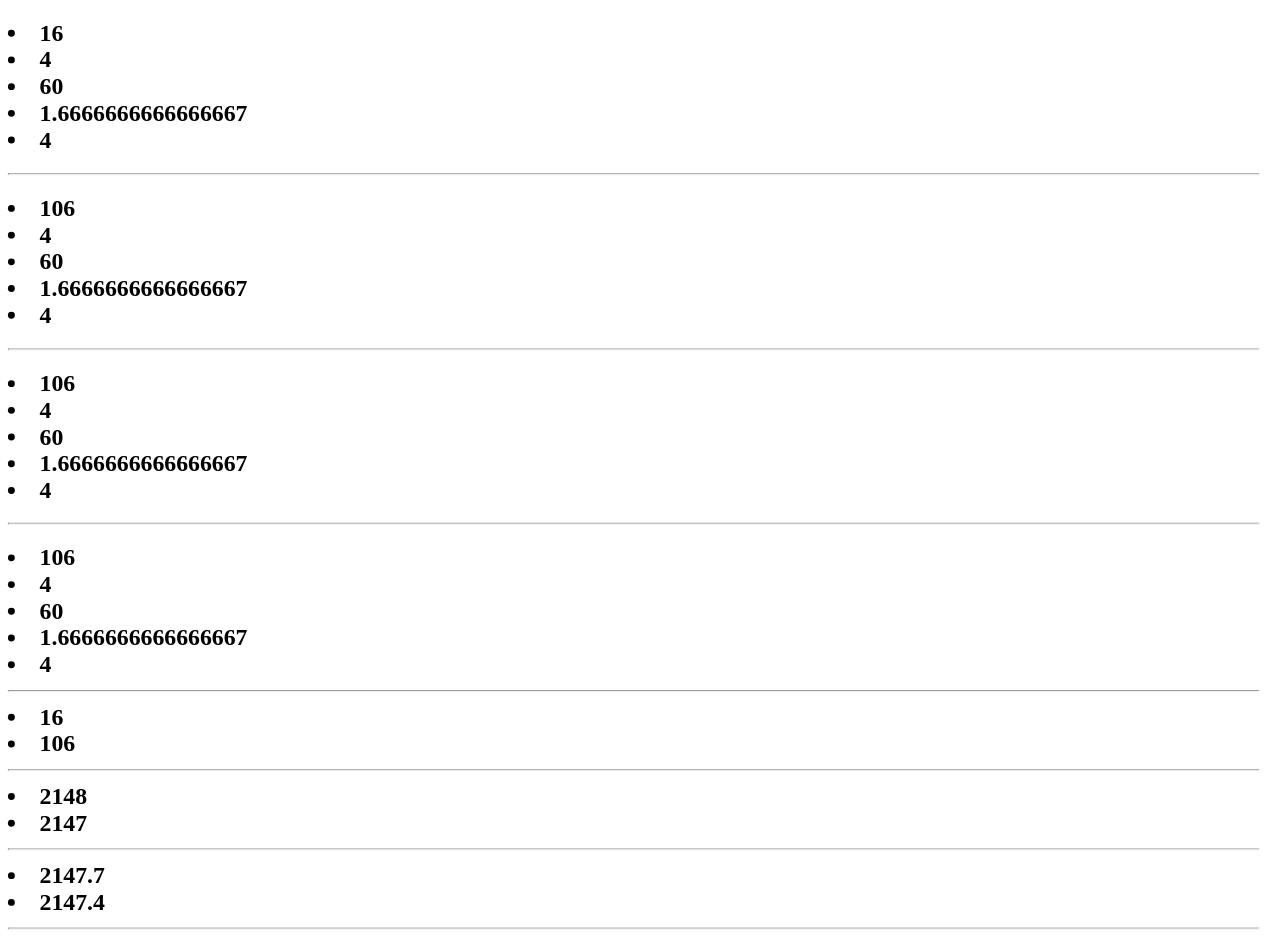
Repository: wjsjsn/23_webstudy
Page: 03_javascript/src/main/webapp/day03/Ex01_number.html
The author's editor kept a copy of each file at every save. The page is drawn from the files as they stood at one save, then again after the next save.
The browser window is 1280 px wide. The pictures show the whole page, at 99% of full size.

Above is the page before, as saved 2023-06-29 01:22:52.

After the next save:
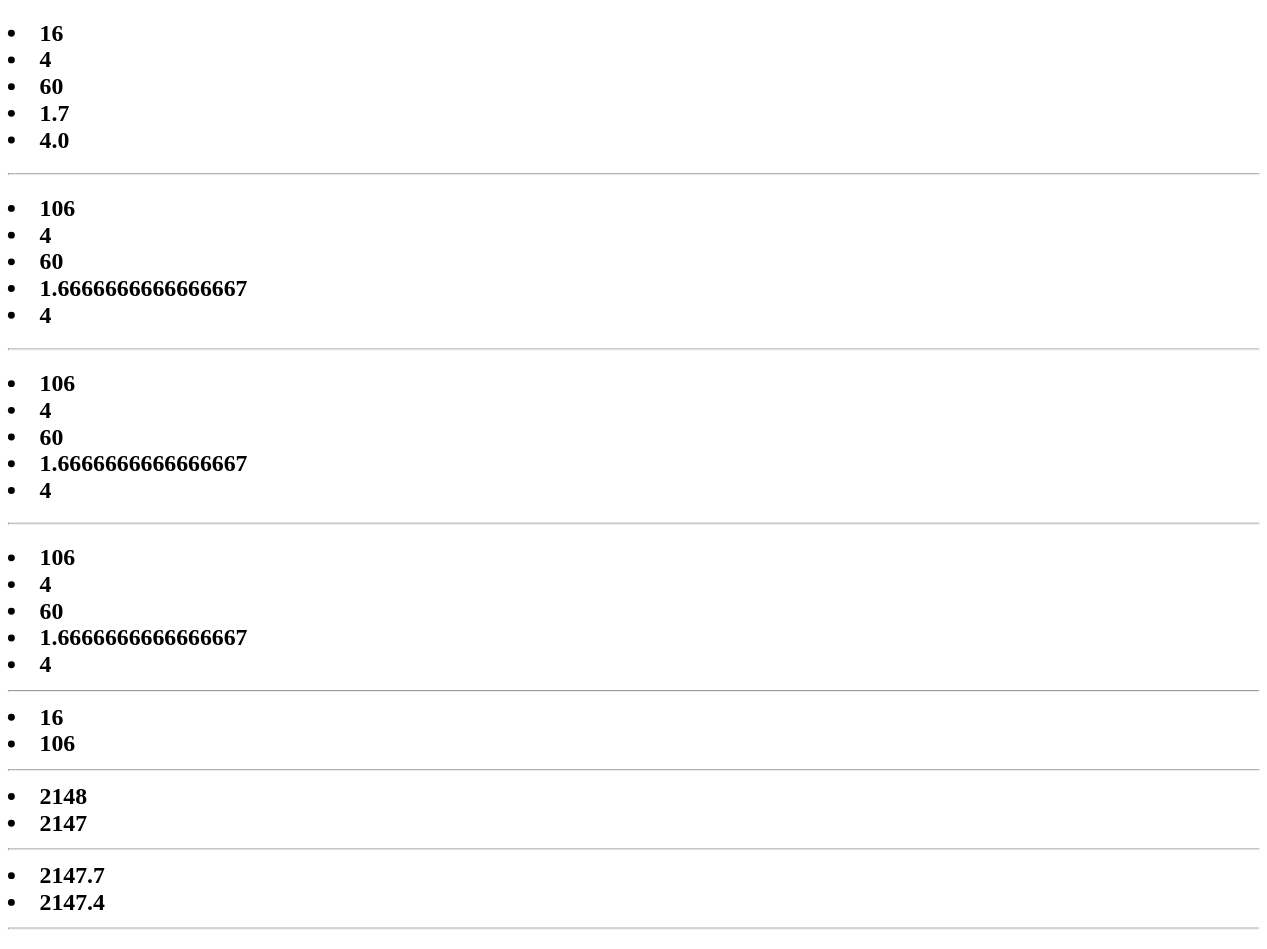
Saved 91 s later.
--- a/03_javascript/src/main/webapp/day03/Ex01_number.html
+++ b/03_javascript/src/main/webapp/day03/Ex01_number.html
@@ -11,8 +11,8 @@
 	document.write("<li>" + (s1 + s2) + "</li>")
 	document.write("<li>" + (s1 - s2) + "</li>")
 	document.write("<li>" + (s1 * s2) + "</li>")
-	document.write("<li>" + (s1 / s2) + "</li>")
-	document.write("<li>" + (s1 % s2) + "</li>")
+	document.write("<li>" + ((s1 / s2).toFixed(1)) + "</li>")
+	document.write("<li>" + ((s1 % s2).toFixed(1)) + "</li>")
 	document.write("</h2>")
 	document.write("<hr>")
 
